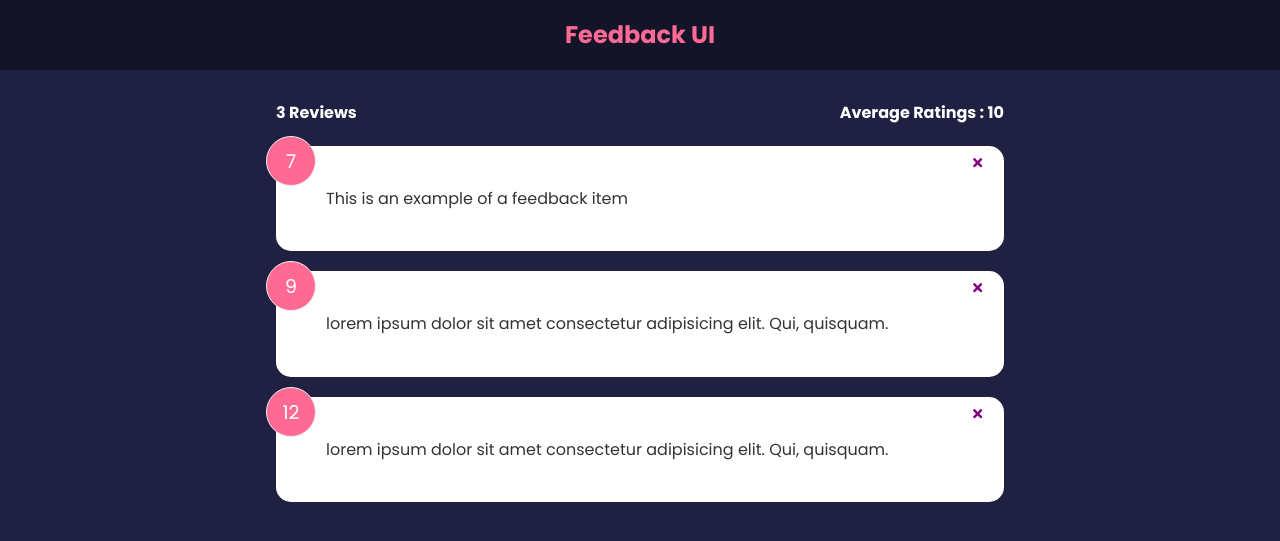
Repository: bayorwor/feedbackapp
Page: /
The author's editor kept a copy of each file at every save. The page is drawn from the files as they stood at one save, then again after the next save.
The browser window is 1280 px wide. The pictures show the whole page.
The project was rebuilt for these pictures with package versions that can differ from the ones it lists, and the page was loaded fresh each time.

Above is the page before, as saved 2022-01-30 18:35:36.

### public/index.html
<!DOCTYPE html>
<html lang="en">
  <head>
    <meta charset="utf-8" />
    <link rel="icon" href="%PUBLIC_URL%/favicon.ico" />
    <meta name="viewport" content="width=device-width, initial-scale=1" />
    <meta name="theme-color" content="#000000" />
    <meta
      name="description"
      content="Web site created using create-react-app"
    />
    <link rel="apple-touch-icon" href="%PUBLIC_URL%/logo192.png" />
    <link rel="manifest" href="%PUBLIC_URL%/manifest.json" />
    <title>feedback app</title>
  </head>
  <body>
    <noscript>You need to enable JavaScript to run this app.</noscript>
    <div id="root"></div>
  </body>
</html>

### src/App.js
import { useState } from "react";
import Header from "./components/Header";
import feedbackData from "./data/feedBacks";
import FeedbackList from "./components/FeedbackList";
import FeedbackStats from "./components/FeedbackStats";

const App = () => {
  const [feedback, setFeedback] = useState(feedbackData);

  const deleteFeedback = (id) => {
    if (window.confirm("Are you sure you want to delete this feedback?")) {
      setFeedback(feedback.filter((feedback) => feedback.id !== id));
    }
  };

  return (
    <>
      <Header />
      <div className="container">
        <FeedbackStats feedback={feedback} />
        <FeedbackList feedback={feedback} deleteFeedback={deleteFeedback} />
      </div>
    </>
  );
};

export default App;

### src/components/Header.jsx
import React from "react";
import PropTypes from "prop-types";

const Header = ({ text, bgColor, textColor }) => {
  const headerStyle = {
    backgroundColor: bgColor,
    color: textColor,
  };

  return (
    <header style={headerStyle}>
      <div className="container">
        <h2>{text}</h2>
      </div>
    </header>
  );
};

Header.defaultProps = {
  text: "Feedback UI",
  bgColor: "rgba(0, 0, 0, 0.4)",
  textColor: "#ff6a95",
};

Header.propTypes = {
  text: PropTypes.string,
  bgColor: PropTypes.string,
  textColor: PropTypes.string,
};

export default Header;

### src/data/feedBacks.js
const feedbackData = [
  {
    rating: 7,
    text: "This is an example of a feedback item",
    id: 1,
  },
  {
    rating: 9,
    text: "lorem  ipsum dolor sit  amet consectetur adipisicing elit. Qui, quisquam.",
    id: 2,
  },
  {
    rating: 12,
    text: "lorem  ipsum dolor sit  amet consectetur adipisicing elit. Qui, quisquam.",
    id: 3,
  },
];

export default feedbackData;

### src/components/FeedbackList.jsx
import PropTypes from "prop-types";
import FeedbaackItem from "./FeedbaackItem";

function FeedbackList({ feedback, deleteFeedback }) {
  if (!feedback || feedback.length === 0) {
    return <p>There are no feedbacks to display</p>;
  }

  return (
    <div className="feedback-list">
      {feedback.map((feedback) => (
        <FeedbaackItem
          key={feedback.id}
          feedback={feedback}
          deleteFeedback={deleteFeedback}
        />
      ))}
    </div>
  );
}

FeedbackList.propTypes = {
  feedback: PropTypes.arrayOf(
    PropTypes.shape({
      id: PropTypes.number.isRequired,
      text: PropTypes.string.isRequired,
      rating: PropTypes.number.isRequired,
    }).isRequired
  ).isRequired,
};

export default FeedbackList;

### src/components/FeedbackStats.jsx
import React from "react";

function FeedbackStats({ feedback }) {
  let average =
    feedback.reduce((total, feedback) => total + feedback.rating, 0) /
    feedback.length;

  return (
    <div className="feedback-stats">
      <h4>{feedback.length} Reviews</h4>
      <h4>Average Ratings : 10</h4>
    </div>
  );
}

export default FeedbackStats;

### src/components/FeedbaackItem.jsx
import { FaTimes } from "react-icons/fa";
import PropTypes from "prop-types";
import Card from "./shared/Card";

function FeedbaackItem({ feedback, deleteFeedback }) {
  return (
    <Card>
      <div className="num-display">{feedback.rating}</div>
      <button onClick={() => deleteFeedback(feedback.id)} className="close">
        <FaTimes color="purple" />
      </button>
      <div className="text-display">{feedback.text}</div>
    </Card>
  );
}

FeedbaackItem.propTypes = {
  feedback: PropTypes.shape({
    id: PropTypes.number.isRequired,
    text: PropTypes.string.isRequired,
    rating: PropTypes.number.isRequired,
  }).isRequired,
};

export default FeedbaackItem;

### src/components/shared/Card.jsx
import React from "react";
import PropTypes from "prop-types";

function Card({ children, reverse }) {
  return <div className={`card ${reverse && "reverse"}`}>{children}</div>;
}

Card.defaultProps = {
  reverse: false,
};

Card.propTypes = {
  children: PropTypes.node.isRequired,
  reverse: PropTypes.bool,
};

export default Card;

Loaded but not shown: src/index.js (common file); src/index.css (common file)

After the next save:
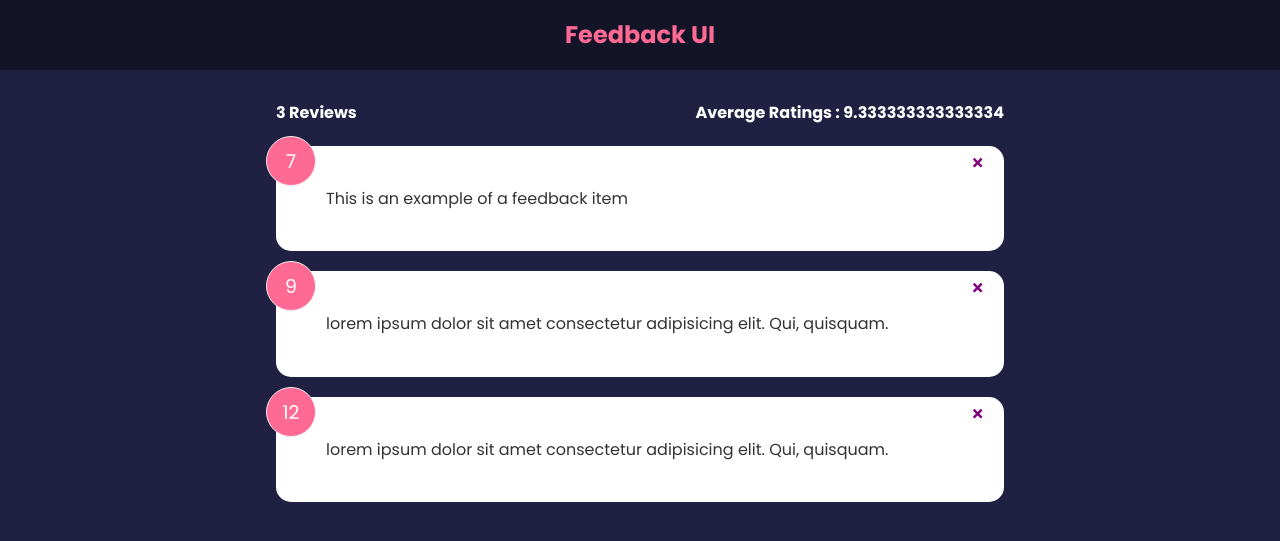
Saved 31 s later.
--- a/src/components/FeedbackStats.jsx
+++ b/src/components/FeedbackStats.jsx
@@ -8,7 +8,7 @@ function FeedbackStats({ feedback }) {
   return (
     <div className="feedback-stats">
       <h4>{feedback.length} Reviews</h4>
-      <h4>Average Ratings : 10</h4>
+      <h4>Average Ratings : {average}</h4>
     </div>
   );
 }
